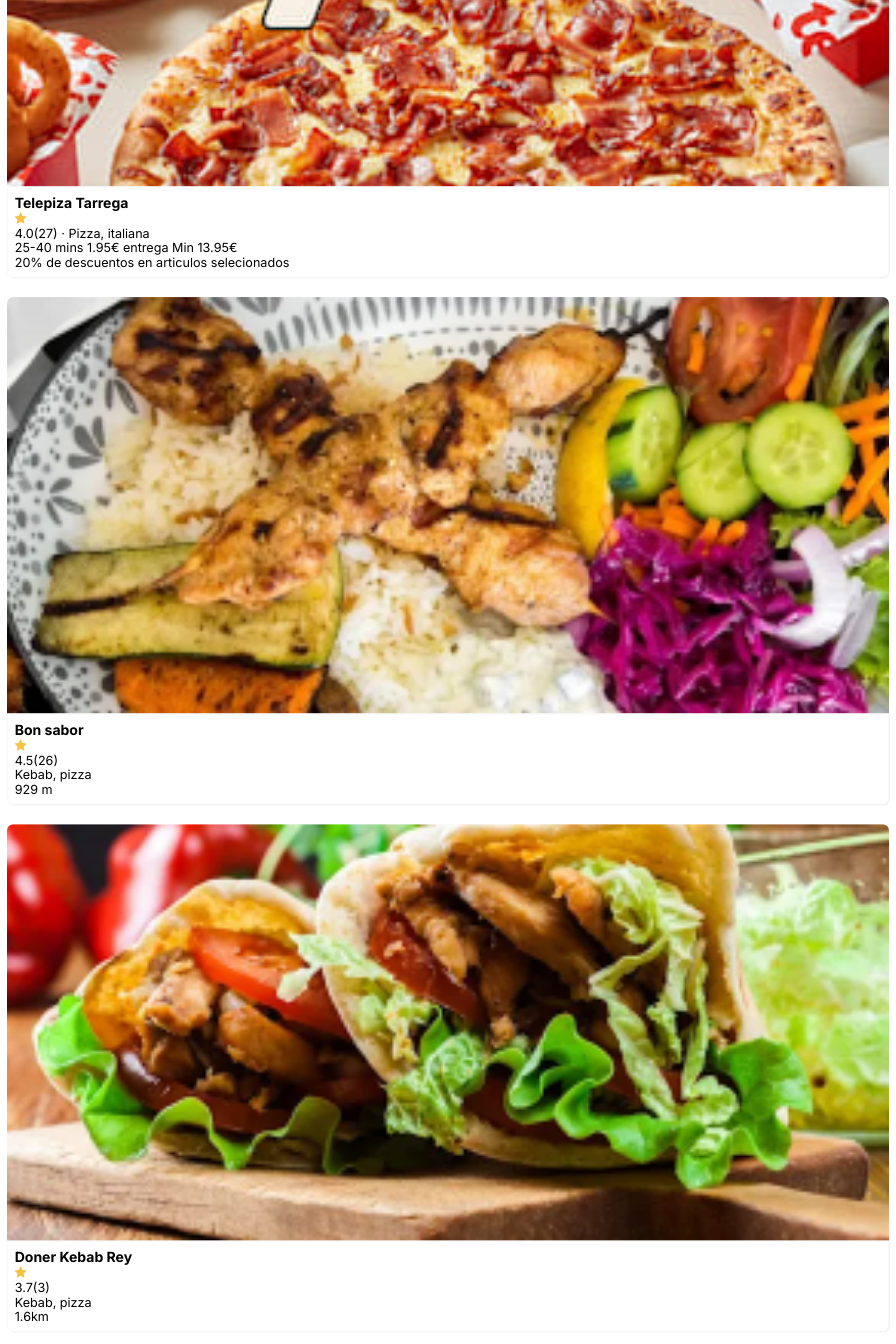
Repository: Srpinedaa/justEat
Page: index.html
The author's editor kept a copy of each file at every save. The page is drawn from the files as they stood at one save, then again after a run of saves.
The browser window is 1280 px wide. The pictures show the part of the page from y = 989 to 2909 px (the page is 2909 px tall before and 2825 px after), at 70% of full size.

Above is the page before, as saved 2024-10-10 16:15:07.

After the next 4 saves:
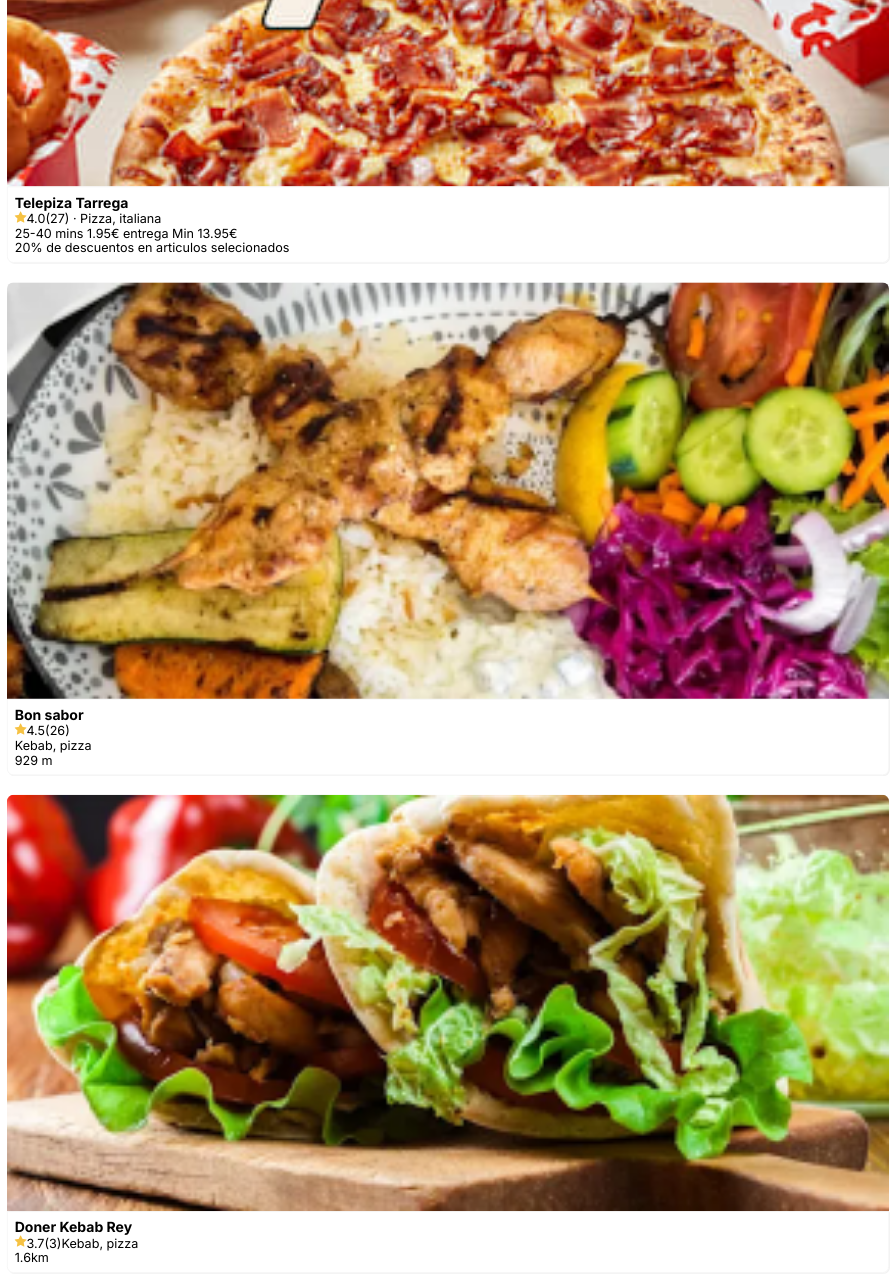
The 4 saves are shown as one change because they came seconds apart.
The last was saved 21 s later.
--- a/css/estilos.css
+++ b/css/estilos.css
@@ -260,3 +260,7 @@
 .informacionPedido p:last-child{
     width: 100%;
 }
+
+.opiniones{
+    display: flex;
+}
